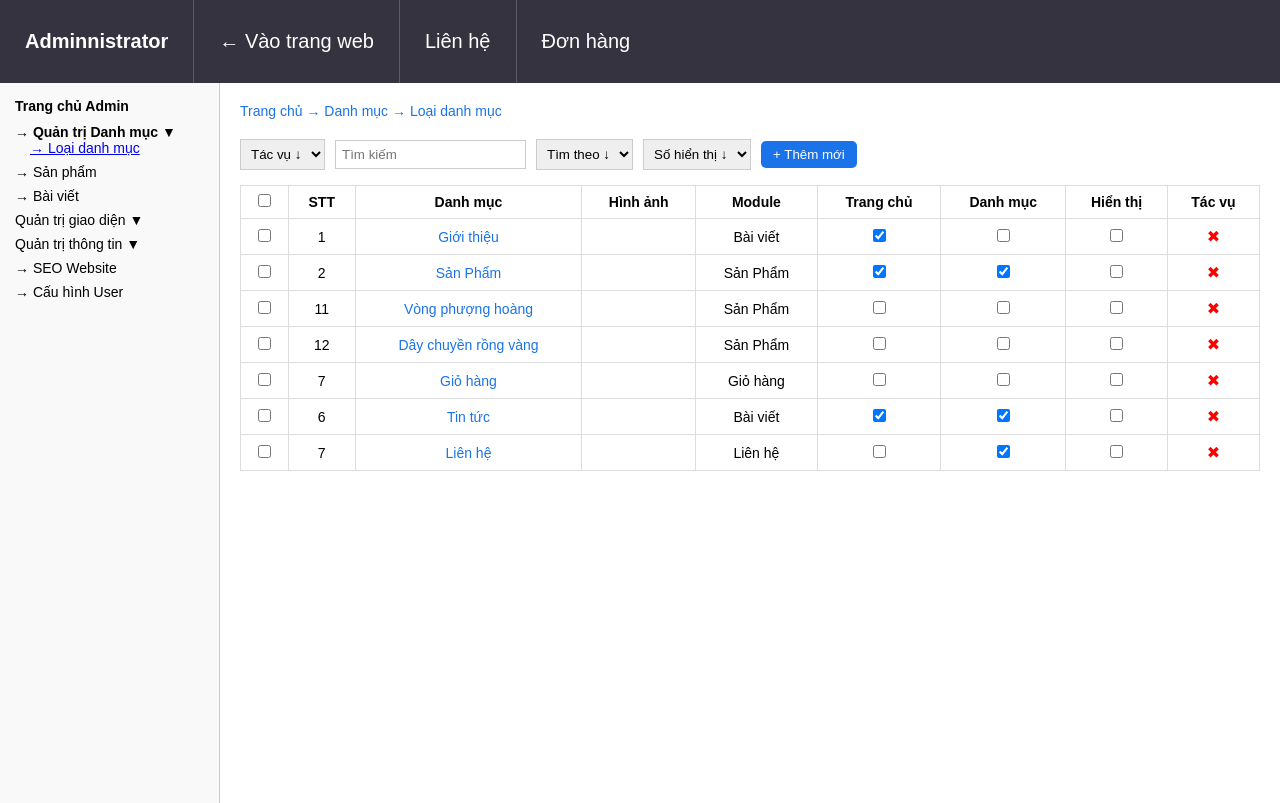
Repository: TranTanDat0606/Du-An-1
Page: Admin]/admin.html
An editor plug-in stored every save of this project. The page is shown before and after a run of saves, followed by the edit.
The browser window is 1280 px wide. The pictures show the whole page.

Above is the page before, as saved 2025-08-01 15:27:31.

After the next 2 saves:
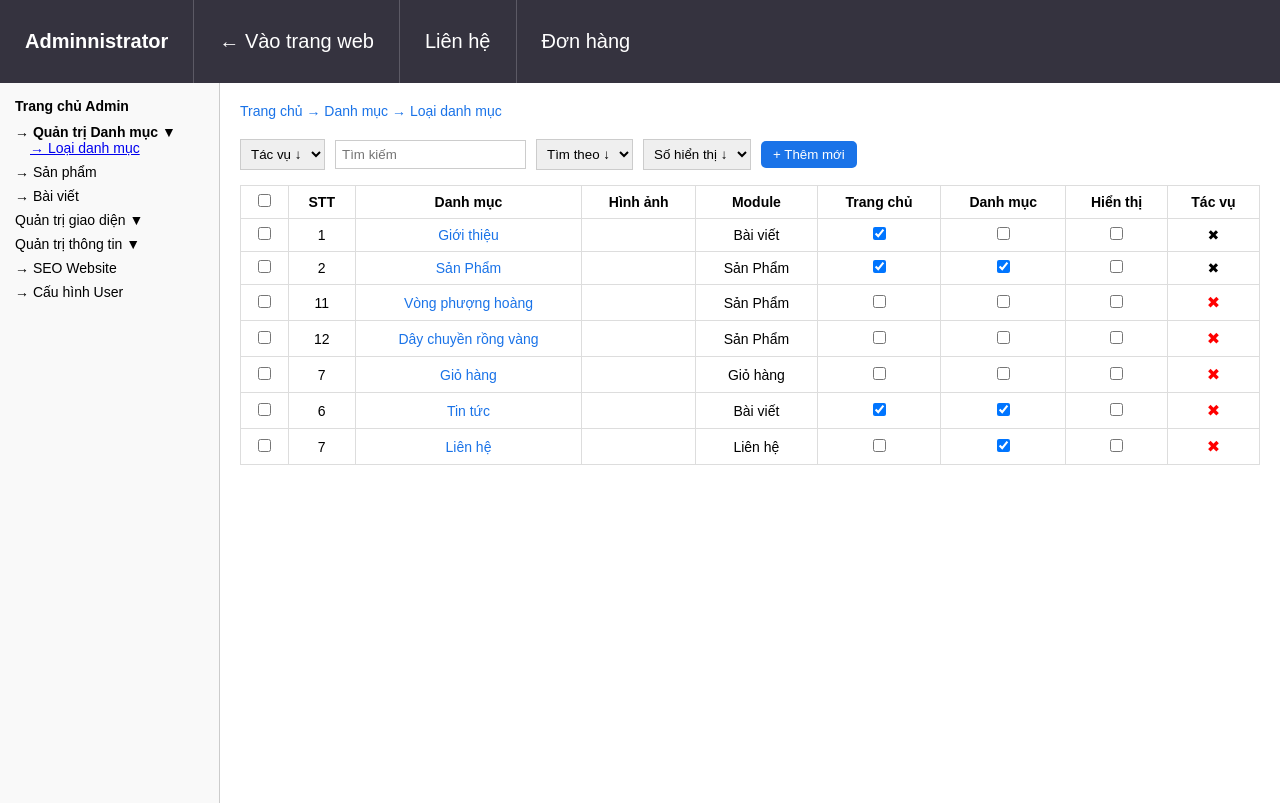
The 2 saves are shown as one change because they came seconds apart.
The last was saved 51 s later.
--- a/Admin]/admin.html
+++ b/Admin]/admin.html
@@ -74,13 +74,13 @@
             <td><input type="checkbox"  class="item-checkbox"></td><td>1</td>
             <td><a href="#">Giới thiệu</a></td><td></td><td>Bài viết</td>
             <td><input type="checkbox" checked></td><td><input type="checkbox"></td><td><input type="checkbox"></td>
-            <td><span class="delete">✖</span></td>
+            <td><span class=".delete">✖</span></td>
         </tr>
         <tr>
             <td><input type="checkbox"  class="item-checkbox"></td><td>2</td>
             <td><a href="#">Sản Phẩm</a></td><td></td><td>Sản Phẩm</td>
             <td><input type="checkbox" checked></td><td><input type="checkbox" checked></td><td><input type="checkbox"></td>
-            <td><span class="delete">✖</span></td>
+            <td><span class=".delete">✖</span></td>
             </tr>
         <tr>
             <td><input type="checkbox" class="item-checkbox"></td><td>11</td>
